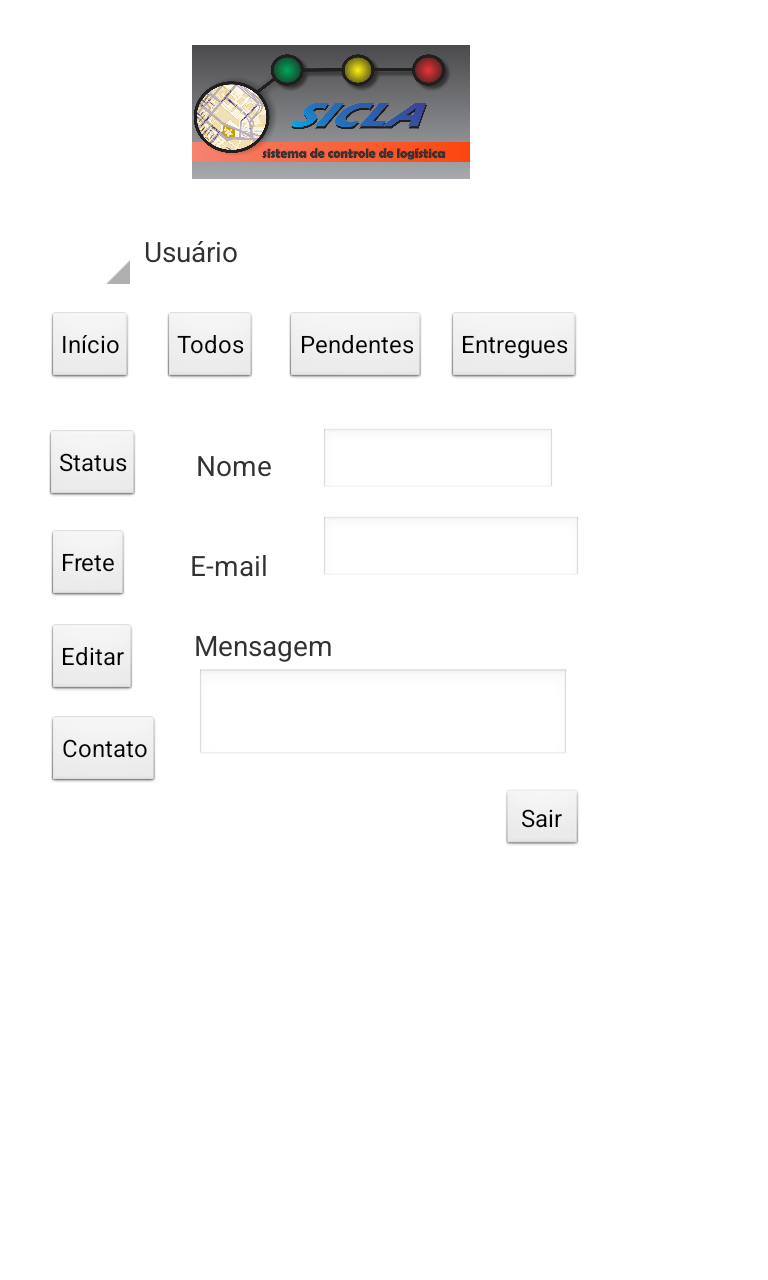
Repository: danielpedroza/SICLA
Layout: Sicla/res/layout/contatocliente.xml
The author's editor kept a copy of each file at every save. The layout is drawn from the files as they stood at one save, then again after the next save.
It is drawn on a 768 x 1280 px phone screen (xhdpi) without system bars, with theme AppTheme; the app's code is not run.

Above is the layout before, as saved 2013-07-06 07:38:16.

### Sicla/res/layout/contatocliente.xml
<RelativeLayout xmlns:android="http://schemas.android.com/apk/res/android"
    xmlns:tools="http://schemas.android.com/tools"
    android:layout_width="match_parent"
    android:layout_height="match_parent"
    android:paddingBottom="@dimen/activity_vertical_margin"
    android:paddingLeft="@dimen/activity_horizontal_margin"
    android:paddingRight="@dimen/activity_horizontal_margin"
    android:paddingTop="@dimen/activity_vertical_margin"
    tools:context=".ContatoCliente" >

    <AbsoluteLayout
        android:layout_width="match_parent"
        android:layout_height="match_parent"
        android:layout_alignParentBottom="true"
        android:layout_centerHorizontal="true" >

        <ImageView
            android:id="@+id/imageView1"
            android:layout_width="139dp"
            android:layout_height="120dp"
            android:layout_x="80dp"
            android:layout_y="-20dp"
            android:src="@drawable/sicla" />

        <QuickContactBadge
            android:id="@+id/quickContactBadge1"
            android:layout_width="39dp"
            android:layout_height="39dp"
            android:layout_x="10dp"
            android:layout_y="87dp" />

        <TextView
            android:id="@+id/textView1"
            android:layout_width="wrap_content"
            android:layout_height="wrap_content"
            android:layout_x="56dp"
            android:layout_y="100dp"
            android:text="Usuário"
            android:textSize="14dp" />

        <Button
            android:id="@+id/button1"
            style="?android:attr/buttonStyleSmall"
            android:layout_width="wrap_content"
            android:layout_height="wrap_content"
            android:layout_x="8dp"
            android:layout_y="140dp"
            android:text="Início"
            android:textSize="12dp" />

        <Button
            android:id="@+id/Button01"
            style="?android:attr/buttonStyleSmall"
            android:layout_width="wrap_content"
            android:layout_height="wrap_content"
            android:layout_x="66dp"
            android:layout_y="140dp"
            android:text="Todos"
            android:textSize="12dp" />

        <Button
            android:id="@+id/Button03"
            style="?android:attr/buttonStyleSmall"
            android:layout_width="wrap_content"
            android:layout_height="wrap_content"
            android:layout_x="208dp"
            android:layout_y="140dp"
            android:text="Entregues"
            android:textSize="12dp" />

        <Button
            android:id="@+id/Button02"
            style="?android:attr/buttonStyleSmall"
            android:layout_width="wrap_content"
            android:layout_height="wrap_content"
            android:layout_x="127dp"
            android:layout_y="140dp"
            android:text="Pendentes"
            android:textSize="12dp" />

        <Button
            android:id="@+id/Button04"
            style="?android:attr/buttonStyleSmall"
            android:layout_width="wrap_content"
            android:layout_height="wrap_content"
            android:layout_x="7dp"
            android:layout_y="199dp"
            android:text="Status"
            android:textSize="12dp" />

        <Button
            android:id="@+id/Button05"
            style="?android:attr/buttonStyleSmall"
            android:layout_width="wrap_content"
            android:layout_height="wrap_content"
            android:layout_x="8dp"
            android:layout_y="249dp"
            android:onClick="fretecliente"
            android:text="Frete"
            android:textSize="12dp" />

        <Button
            android:id="@+id/Button06"
            style="?android:attr/buttonStyleSmall"
            android:layout_width="wrap_content"
            android:layout_height="wrap_content"
            android:layout_x="8dp"
            android:layout_y="296dp"
            android:text="Editar"
            android:textSize="12dp" />

        <Button
            android:id="@+id/Button07"
            style="?android:attr/buttonStyleSmall"
            android:layout_width="wrap_content"
            android:layout_height="wrap_content"
            android:layout_x="8dp"
            android:layout_y="342dp"
            android:text="Contato"
            android:textSize="12dp" />

        <Button
            android:id="@+id/button2"
            android:layout_width="wrap_content"
            android:layout_height="33dp"
            android:layout_x="234dp"
            android:layout_y="378dp"
            android:text="Sair"
            android:textSize="12dp" />

        <TextView
            android:id="@+id/textView2"
            android:layout_width="wrap_content"
            android:layout_height="wrap_content"
            android:layout_x="82dp"
            android:layout_y="207dp"
            android:text="Nome" />

        <EditText
            android:id="@+id/editText1"
            android:layout_width="131dp"
            android:layout_height="33dp"
            android:layout_x="144dp"
            android:layout_y="242dp"
            android:ems="10"
            android:inputType="textEmailAddress" />

        <EditText
            android:id="@+id/editText2"
            android:layout_width="118dp"
            android:layout_height="33dp"
            android:layout_x="144dp"
            android:layout_y="198dp"
            android:ems="10" />

        <EditText
            android:id="@+id/editText3"
            android:layout_width="187dp"
            android:layout_height="wrap_content"
            android:layout_x="82dp"
            android:layout_y="318dp"
            android:ems="10"
            android:inputType="textMultiLine" />

        <TextView
            android:id="@+id/TextView01"
            android:layout_width="wrap_content"
            android:layout_height="wrap_content"
            android:layout_x="79dp"
            android:layout_y="257dp"
            android:text="E-mail" />

        <TextView
            android:id="@+id/TextView02"
            android:layout_width="wrap_content"
            android:layout_height="wrap_content"
            android:layout_x="81dp"
            android:layout_y="297dp"
            android:text="Mensagem" />

    </AbsoluteLayout>

</RelativeLayout>

Loaded but not shown: Sicla/res/values/styles.xml (common file); Sicla/res/values/dimens.xml (common file)

After the next save:
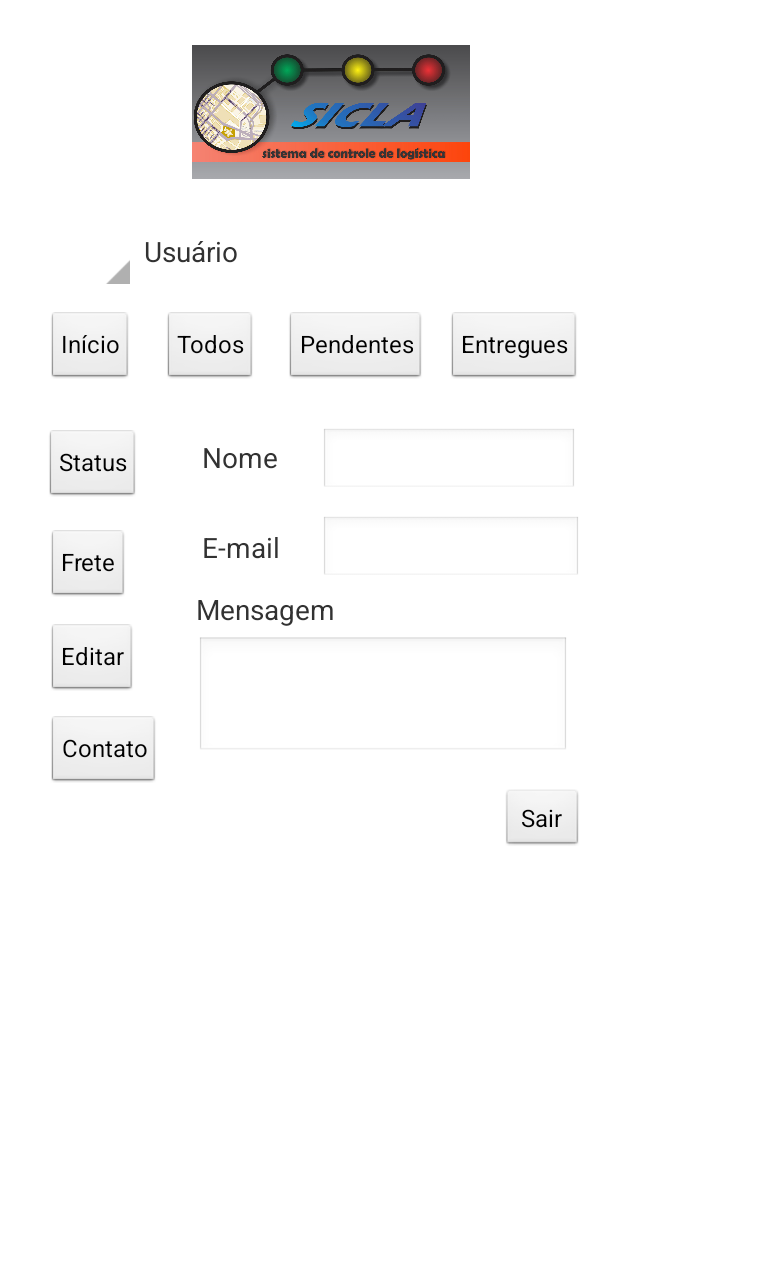
Saved 67 s later.
--- a/Sicla/res/layout/contatocliente.xml
+++ b/Sicla/res/layout/contatocliente.xml
@@ -128,14 +128,6 @@
             android:text="Sair"
             android:textSize="12dp" />
 
-        <TextView
-            android:id="@+id/textView2"
-            android:layout_width="wrap_content"
-            android:layout_height="wrap_content"
-            android:layout_x="82dp"
-            android:layout_y="207dp"
-            android:text="Nome" />
-
         <EditText
             android:id="@+id/editText1"
             android:layout_width="131dp"
@@ -147,7 +139,7 @@
 
         <EditText
             android:id="@+id/editText2"
-            android:layout_width="118dp"
+            android:layout_width="129dp"
             android:layout_height="33dp"
             android:layout_x="144dp"
             android:layout_y="198dp"
@@ -156,9 +148,9 @@
         <EditText
             android:id="@+id/editText3"
             android:layout_width="187dp"
-            android:layout_height="wrap_content"
+            android:layout_height="62dp"
             android:layout_x="82dp"
-            android:layout_y="318dp"
+            android:layout_y="302dp"
             android:ems="10"
             android:inputType="textMultiLine" />
 
@@ -166,17 +158,25 @@
             android:id="@+id/TextView01"
             android:layout_width="wrap_content"
             android:layout_height="wrap_content"
-            android:layout_x="79dp"
-            android:layout_y="257dp"
+            android:layout_x="85dp"
+            android:layout_y="248dp"
             android:text="E-mail" />
 
         <TextView
             android:id="@+id/TextView02"
             android:layout_width="wrap_content"
             android:layout_height="wrap_content"
-            android:layout_x="81dp"
-            android:layout_y="297dp"
+            android:layout_x="82dp"
+            android:layout_y="279dp"
             android:text="Mensagem" />
+
+        <TextView
+            android:id="@+id/textView2"
+            android:layout_width="wrap_content"
+            android:layout_height="wrap_content"
+            android:layout_x="85dp"
+            android:layout_y="203dp"
+            android:text="Nome" />
 
     </AbsoluteLayout>
 
